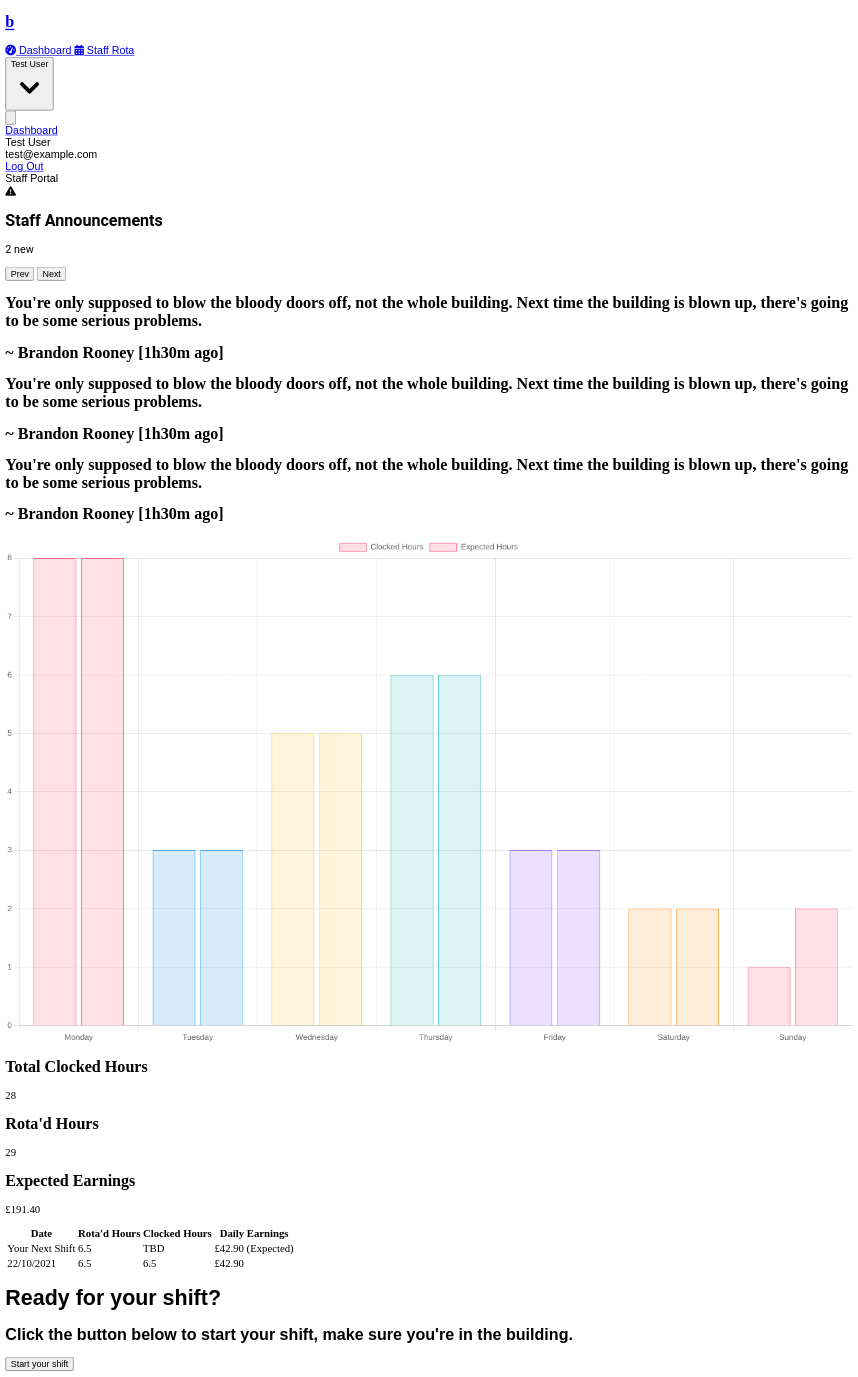
Repository: SimplyBrandon/blue-lounge
Page: http://localhost/dashboard
These files come from the project's save history. The page is drawn as it stood at one moment and after the next save; the edit follows.
The browser window is 1280 px wide. The pictures show the whole page, at 67% of full size.
Some web libraries are served in a nearby version. The page is served by the project's Laravel application, run on PHP 8.4 with Laravel 8. A made-up administrator, Test User (test@example.com), is signed in.

Above is the page before, as saved 2021-10-25 21:15:23.

After the next save:
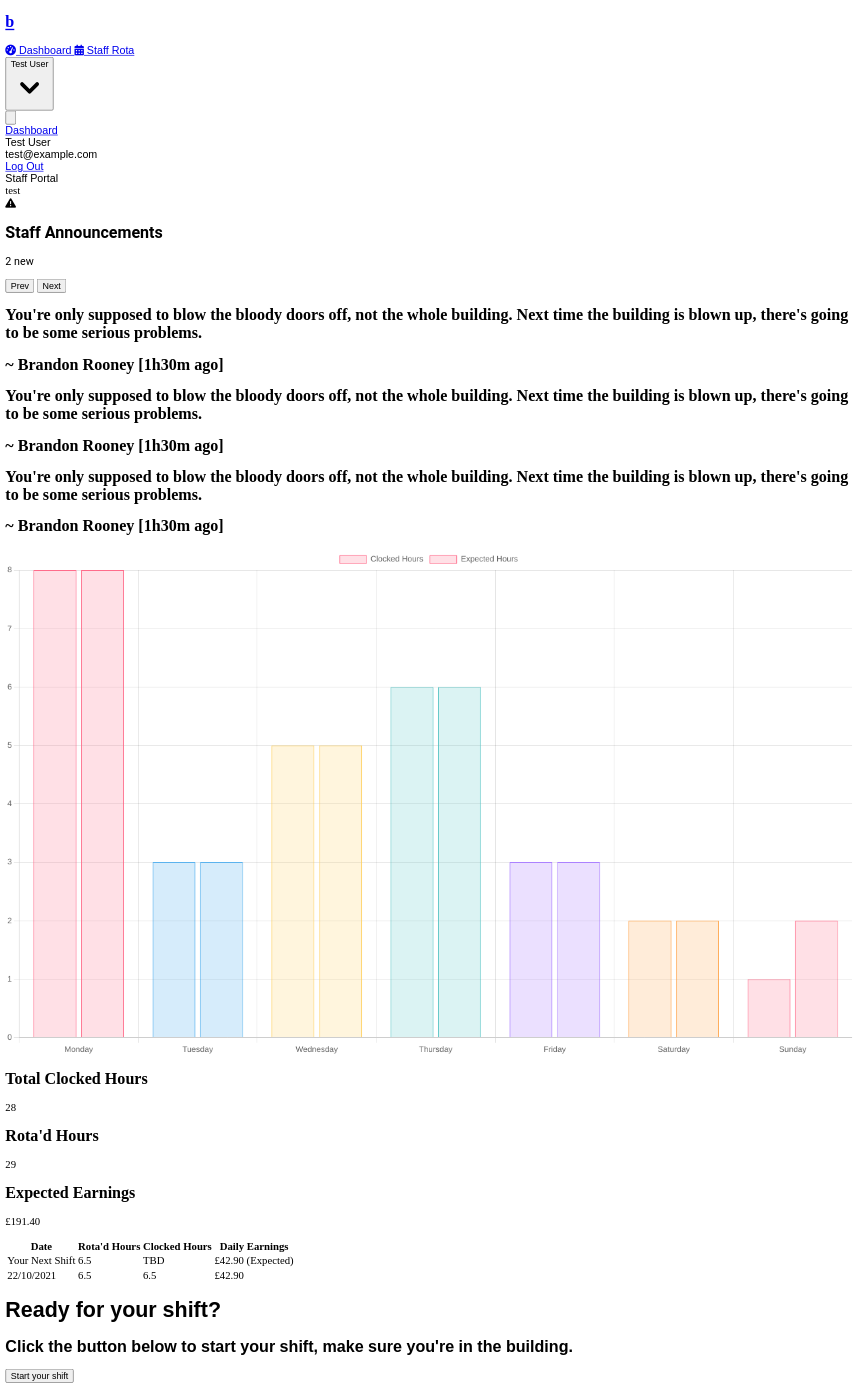
Saved 96 s later.
--- a/resources/views/dashboard.blade.php
+++ b/resources/views/dashboard.blade.php
@@ -1,6 +1,9 @@
 @extends('layouts.app')
 
 @section('content')
+    <div class="flex flex-col">
+        test
+    </div>
     <div class="flex items-start max-w-7xl mx-auto mt-10 px-4 sm:px-6 lg:px-8">
         <div class="flex flex-col flex-grow mr-10">
             <div class="flex flex-col bg-black bg-opacity-30 rounded-md mb-8 shadow-md">
